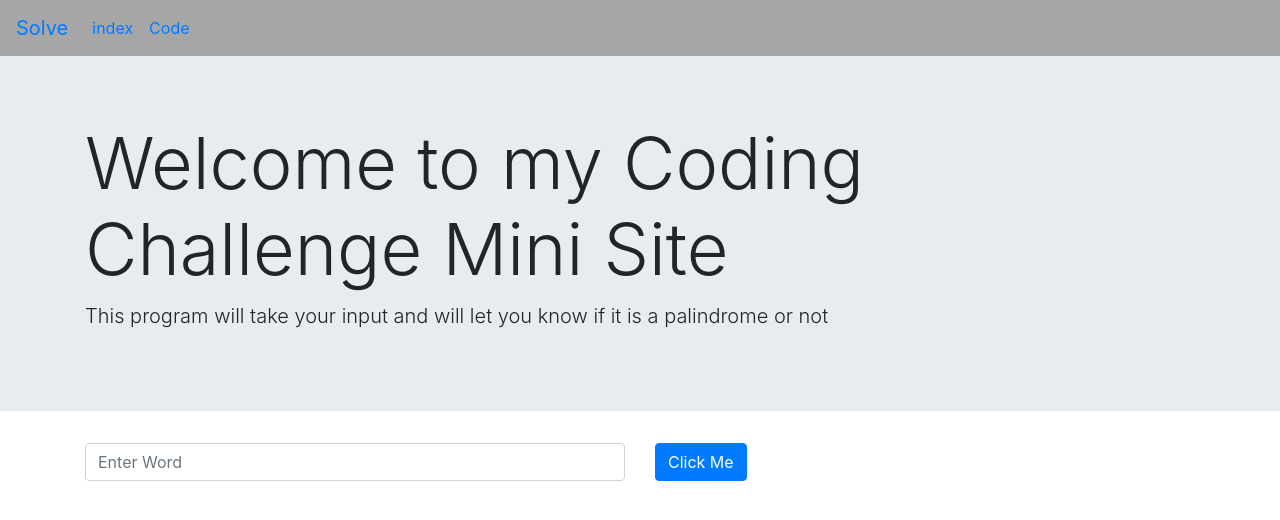
Repository: zhadjah9559/TacocatGrammar
Page: solve.html
These files come from the project's save history. The page is drawn as it stood at one moment and after a run of saves; the edit follows.
The browser window is 1280 px wide. The pictures show the whole page.

Above is the page before, as saved 2021-01-12 00:54:08.

After the next 2 saves:
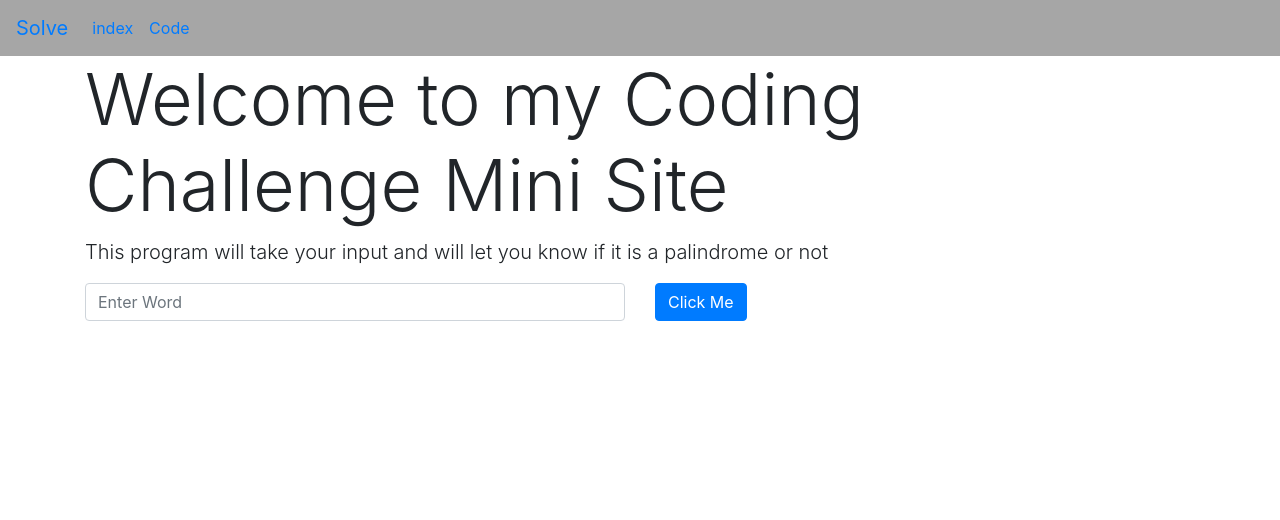
The 2 saves are shown as one change because they came seconds apart.
The last was saved 62 s later.
--- a/solve.html
+++ b/solve.html
@@ -29,12 +29,12 @@
     </nav>
 
 
-    <div class="jumbotron jumbotron-fluid">
+
         <div class="container">
             <h1 class="display-3">Welcome to my Coding Challenge Mini Site</h1>
             <p class="lead">This program will take your input and will let you know if it is a palindrome or not</p>
         </div>
-    </div>
+
 
 
     <div class="container">
